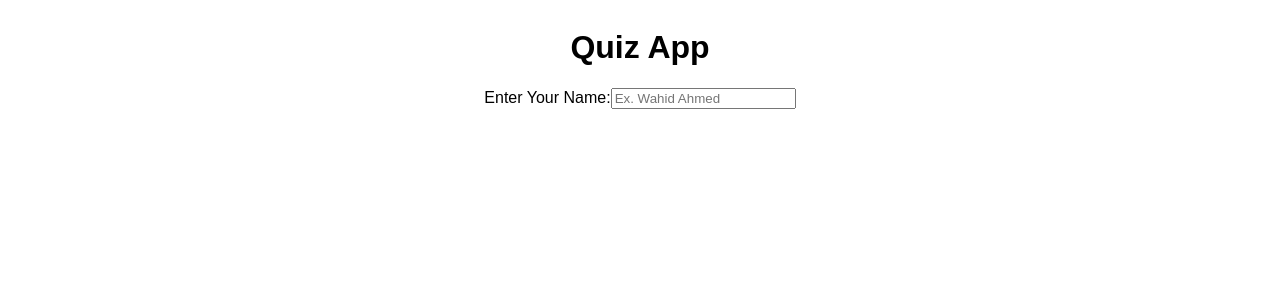
Repository: Wahid137/quiz-app
Page: /
The author's editor kept a copy of each file at every save. The page is drawn from the files as they stood at one save, then again after the next save.
The browser window is 1280 px wide. The pictures show the whole page.
The project was rebuilt for these pictures with package versions that can differ from the ones it lists, and the page was loaded fresh each time. Also part of the build but not shown: vite.config.js, src/components/Quiz.jsx, src/components/EndScreen.jsx, src/index.css.

Above is the page before, as saved 2023-09-17 01:45:51.

After the next save:
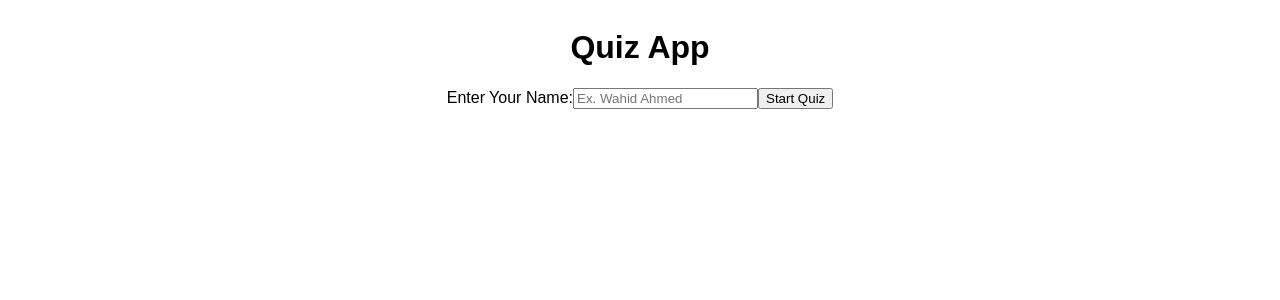
Saved 53 s later.
--- a/src/components/Menu.jsx
+++ b/src/components/Menu.jsx
@@ -14,6 +14,7 @@ const Menu = () => {
         placeholder="Ex. Wahid Ahmed"
         onChange={(event) => setUsername(event.target.value)}
       />
+      <button onClick={() => setGameState("playing")}>Start Quiz</button>
     </div>
   );
 };
